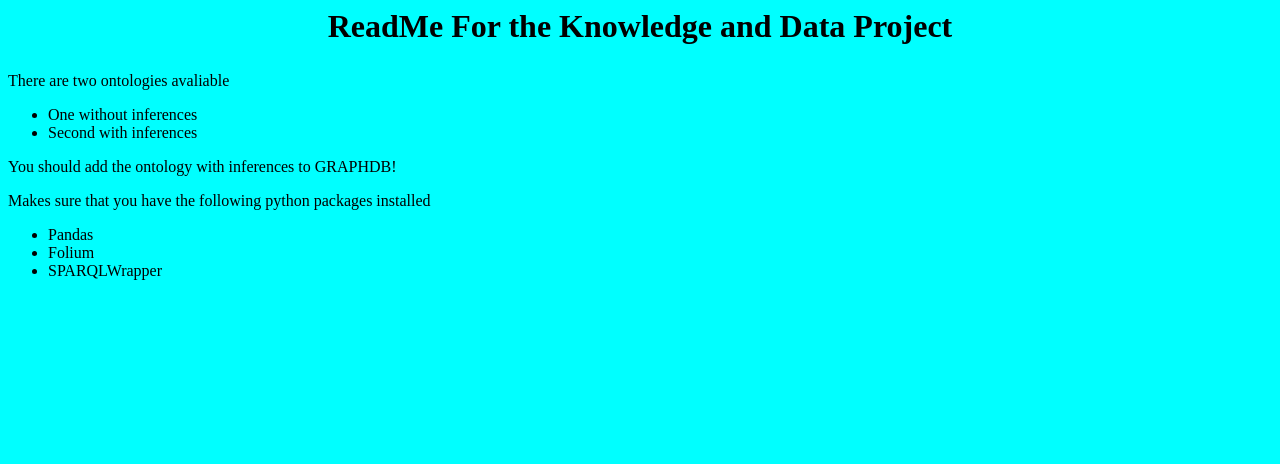
Repository: pawelpiwowarski/Knowledge_and_Data
Page: README.html
The author's editor kept a copy of each file at every save. The page is drawn from the files as they stood at one save, then again after the next save.
The browser window is 1280 px wide. The pictures show the whole page.

Above is the page before, as saved 2022-10-27 22:07:46.

### README.html

<html>
<head>

<title>README</title>
<style>
#title {
    font-family: "Times New Roman", Times, serif;
    font-size: 24pt;
    font-weight: bold;
    color: #000000;
    text-align: center;
}
body { font-family: 'Times New Roman', Times, serif; font-size: 12pt; background-color: aqua;}
</style>
</head>
<body>
<h2 id="title"> ReadMe For the Knowledge and Data Project</h2>
<p> There are two ontologies avaliable</p>
<ul>
<li>
One without inferences
</li>
<li>
Second with inferences
</li>
</ul>

<p> You should add the ontology with inferences to GRAPHDB! </p>

<p> Makes sure that you have the following python packages installed<p>

<ul>
<li>
Pandas
</li>
<li>
Folium
</li>
<li>
SPARQLWrapper
</li>
</ul>
</body>
</html>

After the next save:
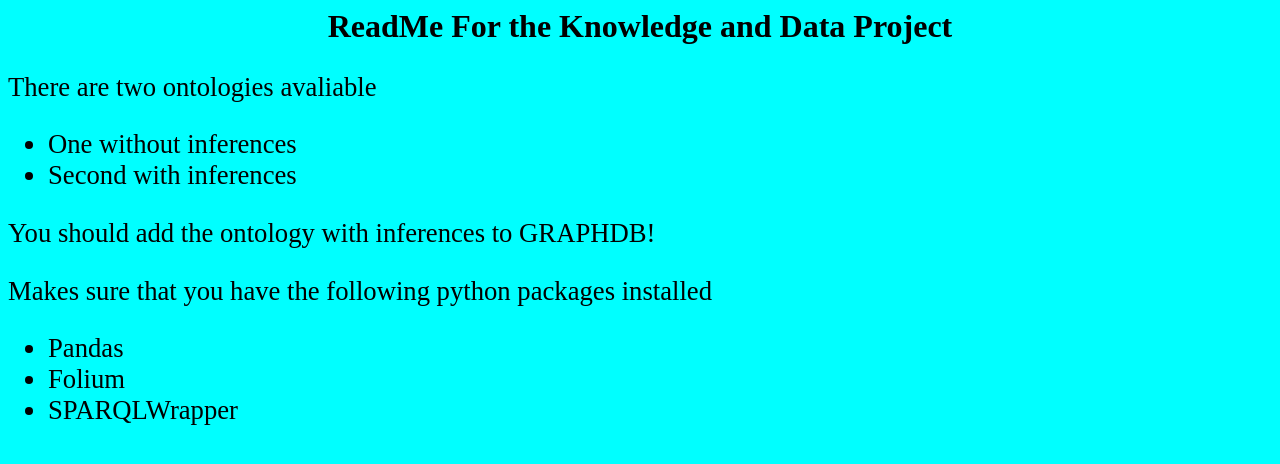
Saved 6 s later.
--- a/README.html
+++ b/README.html
@@ -11,7 +11,7 @@
     color: #000000;
     text-align: center;
 }
-body { font-family: 'Times New Roman', Times, serif; font-size: 12pt; background-color: aqua;}
+body { font-family: 'Times New Roman', Times, serif; font-size: 20pt; background-color: aqua;}
 </style>
 </head>
 <body>
